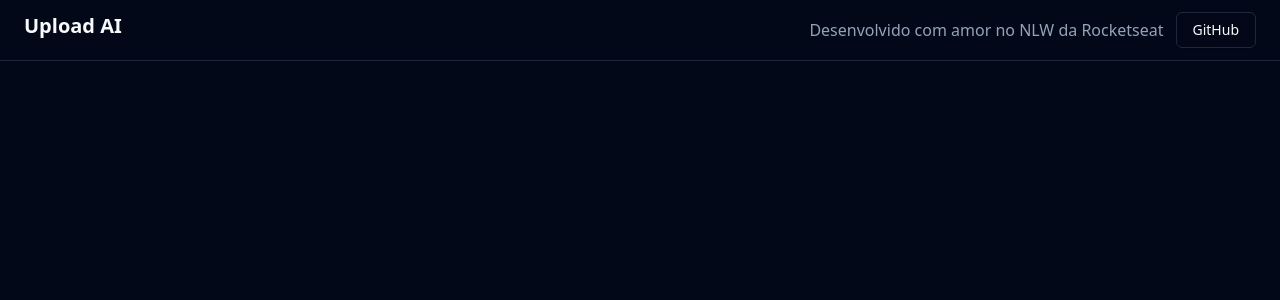
Repository: brksaian/nlw-2023-IA
Page: /
The author's editor kept a copy of each file at every save. The page is drawn from the files as they stood at one save, then again after the next save.
The browser window is 1280 px wide. The pictures show the whole page.
The project was rebuilt for these pictures with package versions that can differ from the ones it lists, and the page was loaded fresh each time. Also part of the build but not shown: vite.config.ts.

Above is the page before, as saved 2023-09-12 21:38:14.

### index.html
<!DOCTYPE html>
<html lang="en">
  <head>
    <meta charset="UTF-8" />
    <meta name="viewport" content="width=device-width, initial-scale=1.0" />
    <title>Upload AI</title>
  </head>
  <body>
    <div id="root"></div>
    <script type="module" src="/src/main.tsx"></script>
  </body>
</html>

### src/App.tsx
import { Button } from "./components/ui/button";
import { Github } from "lucide-react";

export function App() {
  return (
    <div>
      <div className="px-6 py-3 flex item-center justify-between border-b">
        <h1 className="text-xl font-bold">Upload AI</h1>

        <div className="flex items-center gap-3">
          <span className="text-small text-muted-foreground">
            Desenvolvido com amor no NLW da Rocketseat
          </span>
          <Button variant="outline">GitHub</Button>
        </div>
      </div>
    </div>
  );
}

### src/index.css
@tailwind base;
@tailwind components;
@tailwind utilities;

@layer base {
  :root {
    --background: 222.2 84% 4.9%;
    --foreground: 210 40% 98%;
    --card: 222.2 84% 4.9%;
    --card-foreground: 210 40% 98%;
    --popover: 222.2 84% 4.9%;
    --popover-foreground: 210 40% 98%;
    --primary: 217.2 91.2% 59.8%;
    --primary-foreground: 222.2 47.4% 11.2%;
    --secondary: 217.2 32.6% 17.5%;
    --secondary-foreground: 210 40% 98%;
    --muted: 217.2 32.6% 17.5%;
    --muted-foreground: 215 20.2% 65.1%;
    --accent: 217.2 32.6% 17.5%;
    --accent-foreground: 210 40% 98%;
    --destructive: 0 62.8% 30.6%;
    --destructive-foreground: 210 40% 98%;
    --border: 217.2 32.6% 17.5%;
    --input: 217.2 32.6% 17.5%;
    --ring: 224.3 76.3% 48%;

    --radius: 0.5rem;
  }
}

@layer base {
  * {
    @apply border-border;
  }
  body {
    @apply bg-background text-foreground;
  }
}

### src/components/ui/button.tsx
import * as React from "react"
import { Slot } from "@radix-ui/react-slot"
import { cva, type VariantProps } from "class-variance-authority"

import { cn } from "@/lib/utils"

const buttonVariants = cva(
  "inline-flex items-center justify-center rounded-md text-sm font-medium transition-colors focus-visible:outline-none focus-visible:ring-1 focus-visible:ring-ring disabled:pointer-events-none disabled:opacity-50",
  {
    variants: {
      variant: {
        default:
          "bg-primary text-primary-foreground shadow hover:bg-primary/90",
        destructive:
          "bg-destructive text-destructive-foreground shadow-sm hover:bg-destructive/90",
        outline:
          "border border-input bg-transparent shadow-sm hover:bg-accent hover:text-accent-foreground",
        secondary:
          "bg-secondary text-secondary-foreground shadow-sm hover:bg-secondary/80",
        ghost: "hover:bg-accent hover:text-accent-foreground",
        link: "text-primary underline-offset-4 hover:underline",
      },
      size: {
        default: "h-9 px-4 py-2",
        sm: "h-8 rounded-md px-3 text-xs",
        lg: "h-10 rounded-md px-8",
        icon: "h-9 w-9",
      },
    },
    defaultVariants: {
      variant: "default",
      size: "default",
    },
  }
)

export interface ButtonProps
  extends React.ButtonHTMLAttributes<HTMLButtonElement>,
    VariantProps<typeof buttonVariants> {
  asChild?: boolean
}

const Button = React.forwardRef<HTMLButtonElement, ButtonProps>(
  ({ className, variant, size, asChild = false, ...props }, ref) => {
    const Comp = asChild ? Slot : "button"
    return (
      <Comp
        className={cn(buttonVariants({ variant, size, className }))}
        ref={ref}
        {...props}
      />
    )
  }
)
Button.displayName = "Button"

export { Button, buttonVariants }

Loaded but not shown: src/main.tsx (common file); src/lib/utils.ts (common file); tailwind.config.js (common file)

After the next save:
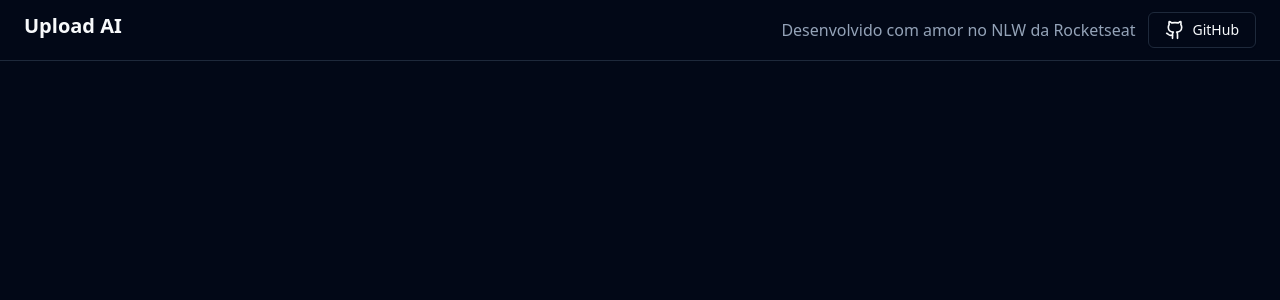
Saved 43 s later.
--- a/src/App.tsx
+++ b/src/App.tsx
@@ -11,7 +11,10 @@ export function App() {
           <span className="text-small text-muted-foreground">
             Desenvolvido com amor no NLW da Rocketseat
           </span>
-          <Button variant="outline">GitHub</Button>
+          <Button variant="outline">
+            <Github className="w-5 h-5 mr-2" />
+            GitHub
+          </Button>
         </div>
       </div>
     </div>
